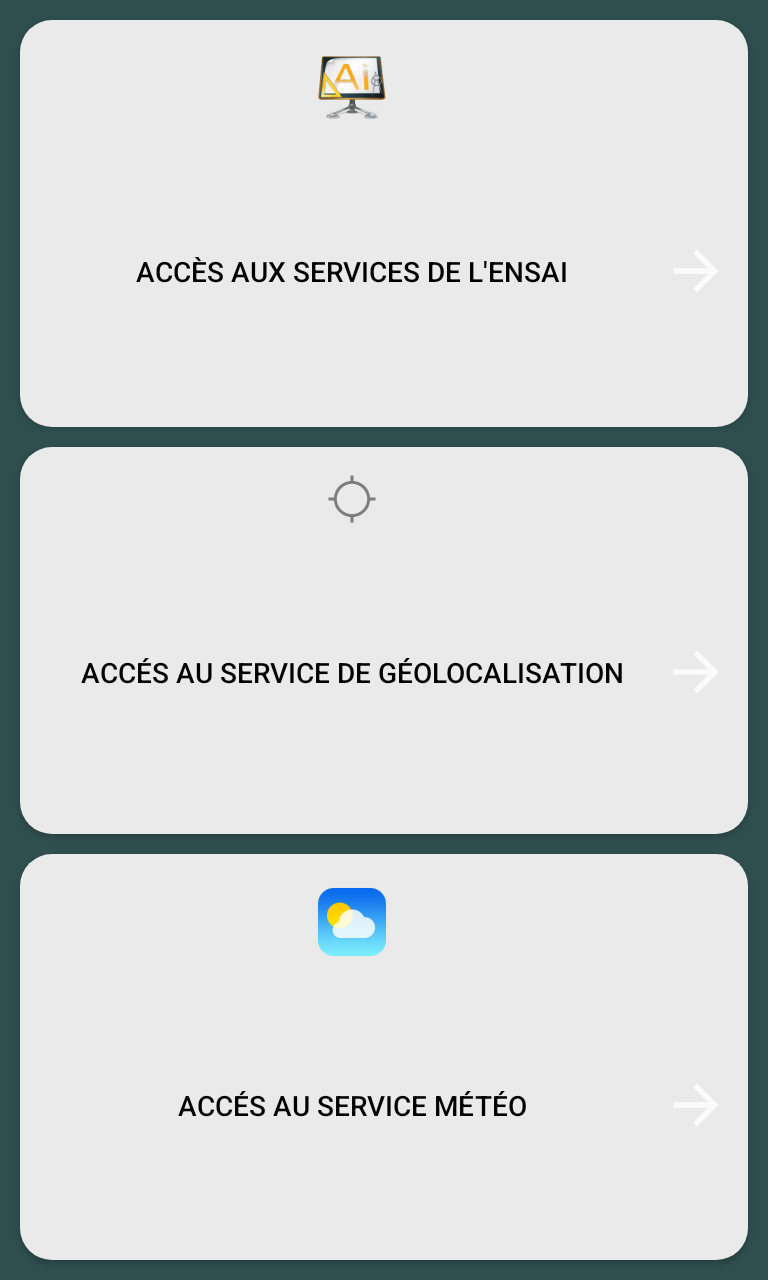
Repository: cpluuuusplus/WhoWantsKitKat
Layout: AppliPlus/res/layout/activity_menu_principal.xml
The author's editor kept a copy of each file at every save. The layout is drawn from the files as they stood at one save, then again after the next save.
It is drawn on a 768 x 1280 px phone screen (xhdpi) without system bars, with theme Theme.AppCompat.Light; the app's code is not run.

Above is the layout before, as saved 2014-05-12 16:48:05.

After the next save:
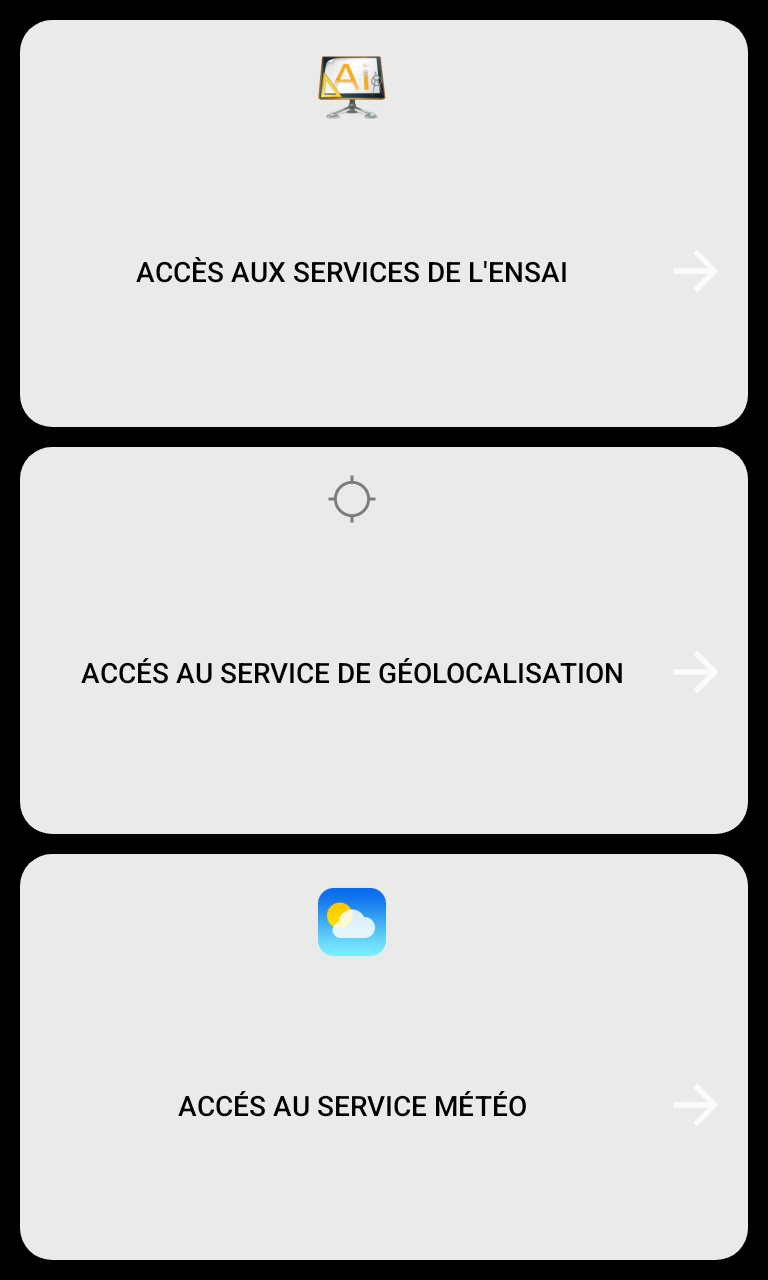
Saved 70 s later.
--- a/AppliPlus/res/layout/activity_menu_principal.xml
+++ b/AppliPlus/res/layout/activity_menu_principal.xml
@@ -2,7 +2,7 @@
 <LinearLayout xmlns:android="http://schemas.android.com/apk/res/android"
     android:layout_width="match_parent"
     android:layout_height="match_parent"
-    android:background="@color/darkslategray"
+    android:background="@color/black_color"
     android:orientation="vertical" >
 
     <Button
